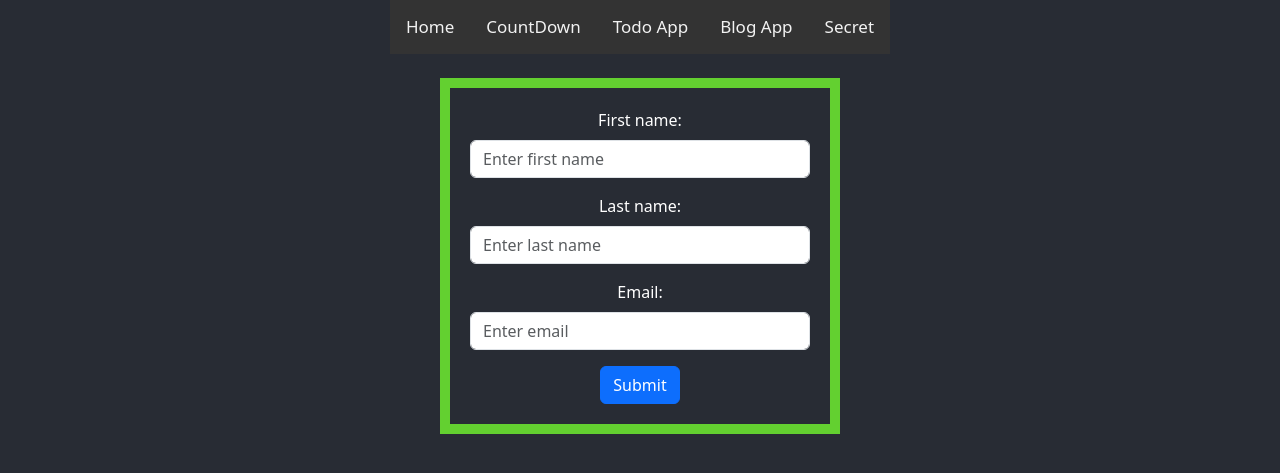
Repository: ThucSkin/React-hook-basic
Page: /add/user
An editor plug-in stored every save of this project. The page is shown before and after the next save, followed by the edit.
The browser window is 1280 px wide. The pictures show the whole page.
The project was rebuilt for these pictures with package versions that can differ from the ones it lists, and the page was loaded fresh each time. Also part of the build but not shown: src/views/Todo.js, src/views/TableApi/TableUser.scss, src/customize/Fetch.js, src/views/TableApi/TableApi.js, src/views/CountDown/countdown.js, src/views/Blog.js, src/views/BlogDetail.js.

Above is the page before, as saved 2023-06-12 01:14:23.

### src/index.js
import React from 'react';
import ReactDOM from 'react-dom/client';
import './index.scss';
import App from './App';
import reportWebVitals from './reportWebVitals';
import { BrowserRouter as Router } from 'react-router-dom';

const root = ReactDOM.createRoot(document.getElementById('root'));
root.render(
  <React.StrictMode>
    <Router>
      <App />
    </Router>
  </React.StrictMode>
);

// If you want to start measuring performance in your app, pass a function
// to log results (for example: reportWebVitals(console.log))
// or send to an analytics endpoint. Learn more: https://bit.ly/CRA-vitals
reportWebVitals();

### src/index.scss
@import "~bootstrap/scss/bootstrap";

body {
  margin: 0;
  font-family: -apple-system, BlinkMacSystemFont, 'Segoe UI', 'Roboto', 'Oxygen',
    'Ubuntu', 'Cantarell', 'Fira Sans', 'Droid Sans', 'Helvetica Neue',
    sans-serif;
  -webkit-font-smoothing: antialiased;
  -moz-osx-font-smoothing: grayscale;
}

code {
  font-family: source-code-pro, Menlo, Monaco, Consolas, 'Courier New',
    monospace;
}

### src/App.js

import './App.scss';
import Nav from './views/Nav';
import Todo from './views/Todo';
import TableApi from './views/TableApi/TableApi';
import { CountDown } from './views/CountDown/countdown';
import { Routes, Route } from 'react-router-dom'
import { Blog } from './views/Blog';
import DetailBlog from './views/BlogDetail';
import { Container } from 'react-bootstrap';
import AddNewUser from './views/AddNewUser';
import 'bootstrap/dist/css/bootstrap.min.css';


const App = () => {
  return (
    <div className="App">
      <header className="App-header">
        <Nav />
        <Container className='container'>
          <Routes>
            <Route path='/' element={<TableApi />} />
            <Route path='/countdown' element={<CountDown />} />
            <Route path='/todo' element={<Todo />} />
            <Route path='/blog' element={<Blog />} />
            <Route path='/blog/:id' element={<DetailBlog />} />
            <Route path='/add/user' element={<AddNewUser />} />
          </Routes>
        </Container>
      </header>
    </div>
  );
}

export default App;

### src/App.scss
.App {
    text-align: center;
}

.App-logo {
    height: 10vmin;
    pointer-events: none;
}

@media (prefers-reduced-motion: no-preference) {
    .App-logo {
        animation: App-logo-spin infinite 20s linear;
    }
}

.App-header {
    background-color: #282c34;
    min-height: 100vh;
    display: flex;
    flex-direction: column;
    align-items: center;
    /* justify-content: center; */
    font-size: calc(10px + 2vmin);
    color: white;
}

.App-link {
    color: #61dafb;
}

@keyframes App-logo-spin {
    from {
        transform: rotate(0deg);
    }

    to {
        transform: rotate(360deg);
    }
}

.container {
    font-size: 16px;

}

### src/views/Nav.js
import { NavLink } from 'react-router-dom';
import './Nav.scss';
import 'bootstrap/dist/css/bootstrap.min.css';

const Nav = () => {
    return (
        <>
            <div className="topnav mb-4">
                <NavLink to="/" activeclassName="active">Home</NavLink>
                <NavLink to="/countdown">CountDown</NavLink>
                <NavLink to="/todo">Todo App</NavLink>
                <NavLink to="/blog">Blog App</NavLink>
                <NavLink to="/secrect">Secret</NavLink>
            </div>
        </>
    )
}

export default Nav;

### src/views/AddNewUser.js
import { useState } from 'react';
import Button from 'react-bootstrap/Button';
import Form from 'react-bootstrap/Form';

const AddNewUser = () => {
    const [fname, setFname] = useState('')
    const [lname, setLname] = useState('')
    const [email, setEmail] = useState('')

    const handleSubmit = (e) => {
        e.preventDefault();
        if (!fname) {
            alert('Empty first name!')
            return
        }
        if (!lname) {
            alert('Empty last name!');
            return
        }
        if (!email) {
            alert('Empty email!');
            return
        }
        alert('Add user successfully');

        setFname('');
        setLname('');
        setEmail('');
    }

    return (
        <>
            <Form onSubmit={handleSubmit} className='form-add'>
                <Form.Group className="mb-3" controlId="formBasicEmail">
                    <Form.Label>First name:</Form.Label>
                    <Form.Control onChange={(e) => setFname(e.target.value)}
                        value={fname} type="text" placeholder="Enter first name" />
                </Form.Group>

                <Form.Group className="mb-3" controlId="formBasicPassword">
                    <Form.Label>Last name:</Form.Label>
                    <Form.Control onChange={(e) => setLname(e.target.value)}
                        value={lname} type="text" placeholder="Enter last name" />
                </Form.Group>

                <Form.Group className="mb-3" controlId="formBasicPassword">
                    <Form.Label>Email:</Form.Label>
                    <Form.Control onChange={(e) => setEmail(e.target.value)} value={email}
                        type="email" placeholder="Enter email" />
                </Form.Group>
                <Button variant="primary" type='submit'>
                    Submit
                </Button>
            </Form>
        </>
    );
}

export default AddNewUser;

### src/views/Nav.scss
body {
    margin: 0;
    font-family: Arial, Helvetica, sans-serif;

    .topnav {
        overflow: hidden;
        background-color: #333;

        a {
            float: left;
            color: #f2f2f2;
            text-align: center;
            padding: 14px 16px;
            text-decoration: none;
            font-size: 17px;
        }

        a:hover {
            background-color: #ddd;
            color: black;
        }

        a.active {
            background-color: #04AA6D;
            color: white;
        }
    }

    .form-add {
        width: 400px;
        margin: 0 auto;
        border: 10px solid rgb(99, 208, 48);
        padding: 20px;
    }
}

Loaded but not shown: public/index.html (common file); src/reportWebVitals.js (common file)

After the next save:
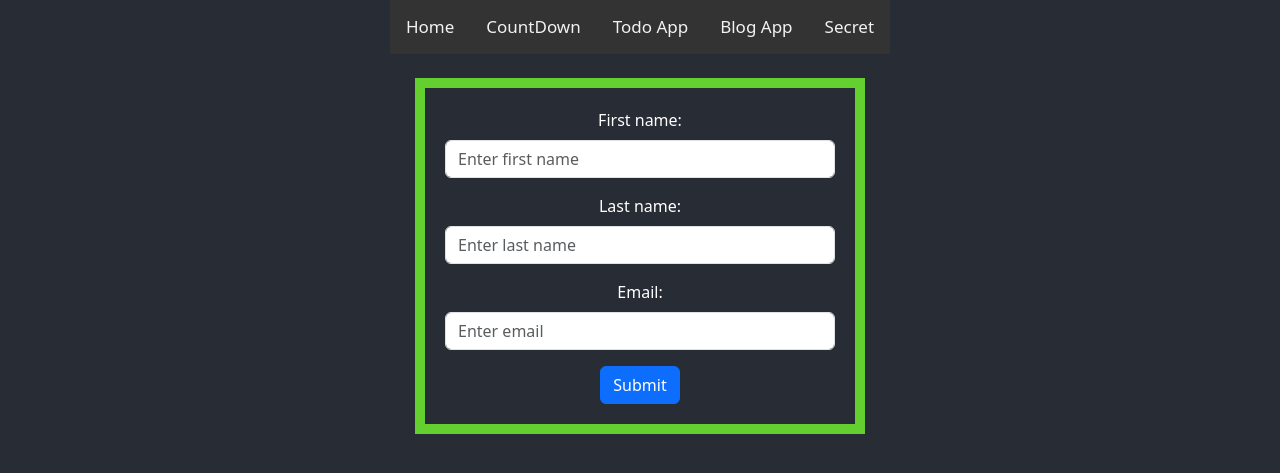
Saved 5 s later.
--- a/src/views/Nav.scss
+++ b/src/views/Nav.scss
@@ -27,7 +27,7 @@ body {
     }
 
     .form-add {
-        width: 400px;
+        width: 450px;
         margin: 0 auto;
         border: 10px solid rgb(99, 208, 48);
         padding: 20px;
